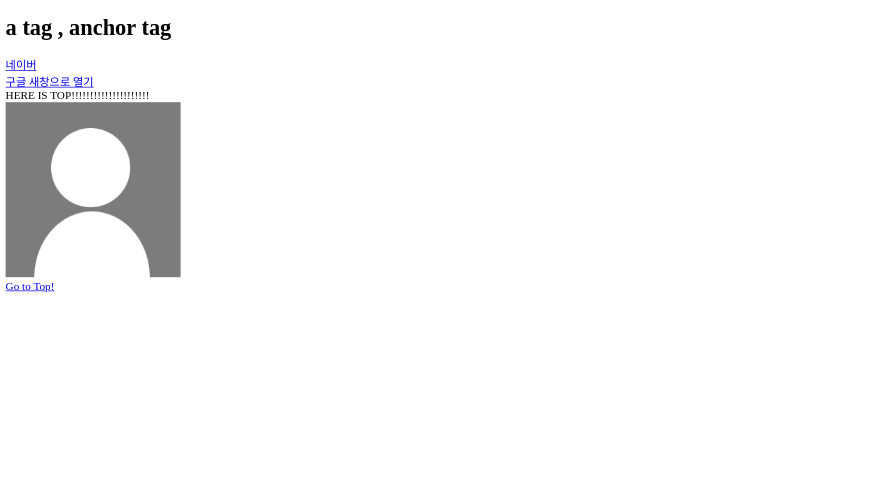
Repository: jihoonys82/weblec
Page: Front/WebContent/Ex01_HTML_tag/tagEx_04.html
The author's editor kept a copy of each file at every save. The page is drawn from the files as they stood at one save, then again after the next save.
The browser window is 1280 px wide. The pictures show the part of the page from y = 0 to 1920 px (the page is 720 px tall before and 2676 px after), at 70% of full size.

Above is the page before, as saved 2018-07-23 11:02:56.

After the next save:
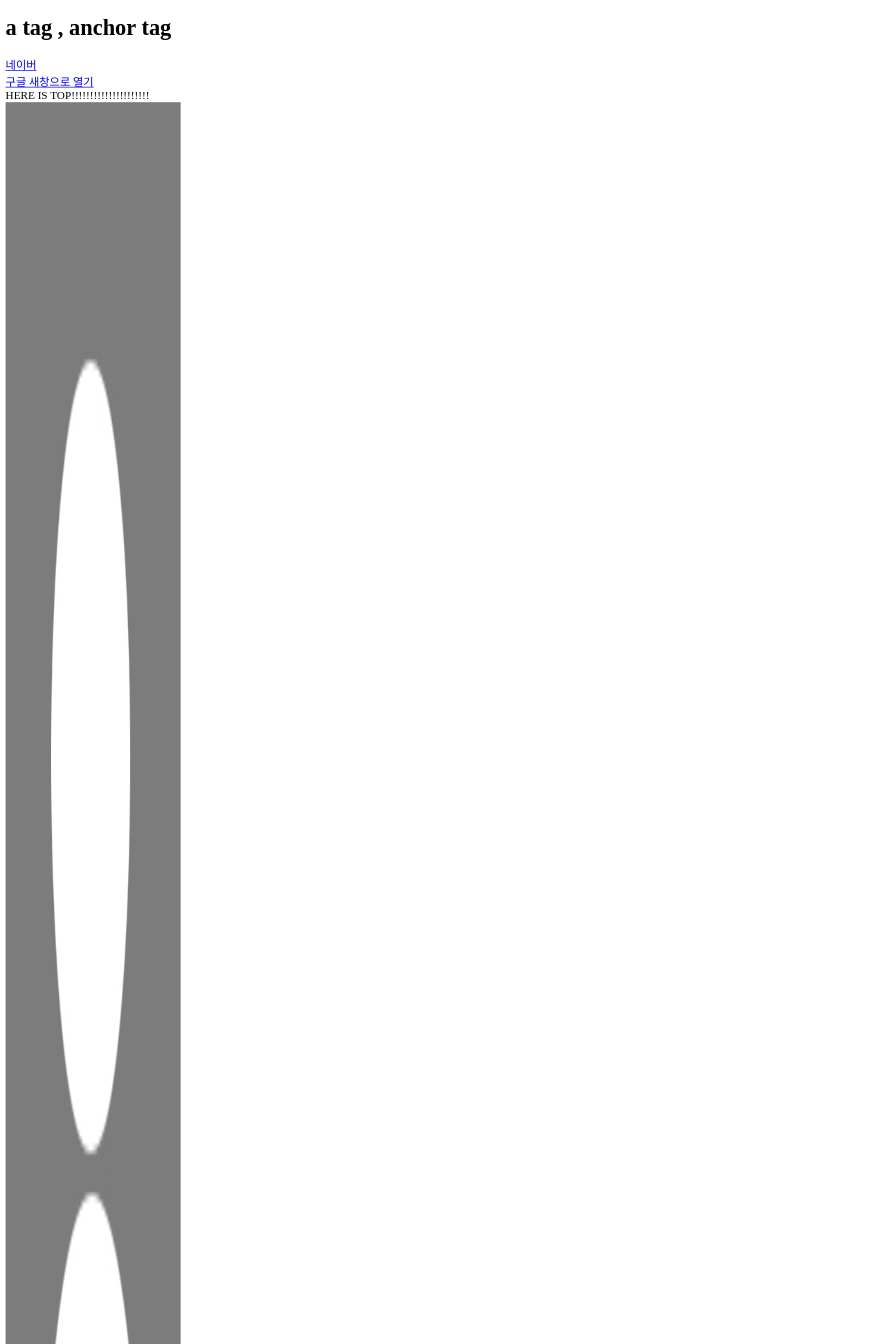
Saved 13 s later.
--- a/Front/WebContent/Ex01_HTML_tag/tagEx_04.html
+++ b/Front/WebContent/Ex01_HTML_tag/tagEx_04.html
@@ -16,7 +16,7 @@
 
 	<!-- img, image tag, show images on web page -->
 	<a href="http://www.daum.net" target='_blank'>
-		<img src='./no-avatar.jpg' width='250px' height='250px' title='no avatar' alt='blank image'>
+		<img src='./no-avatar.jpg' width='250px' height='2500px' title='no avatar' alt='blank image'>
 	</a>
 	<!--
 		src : image path
